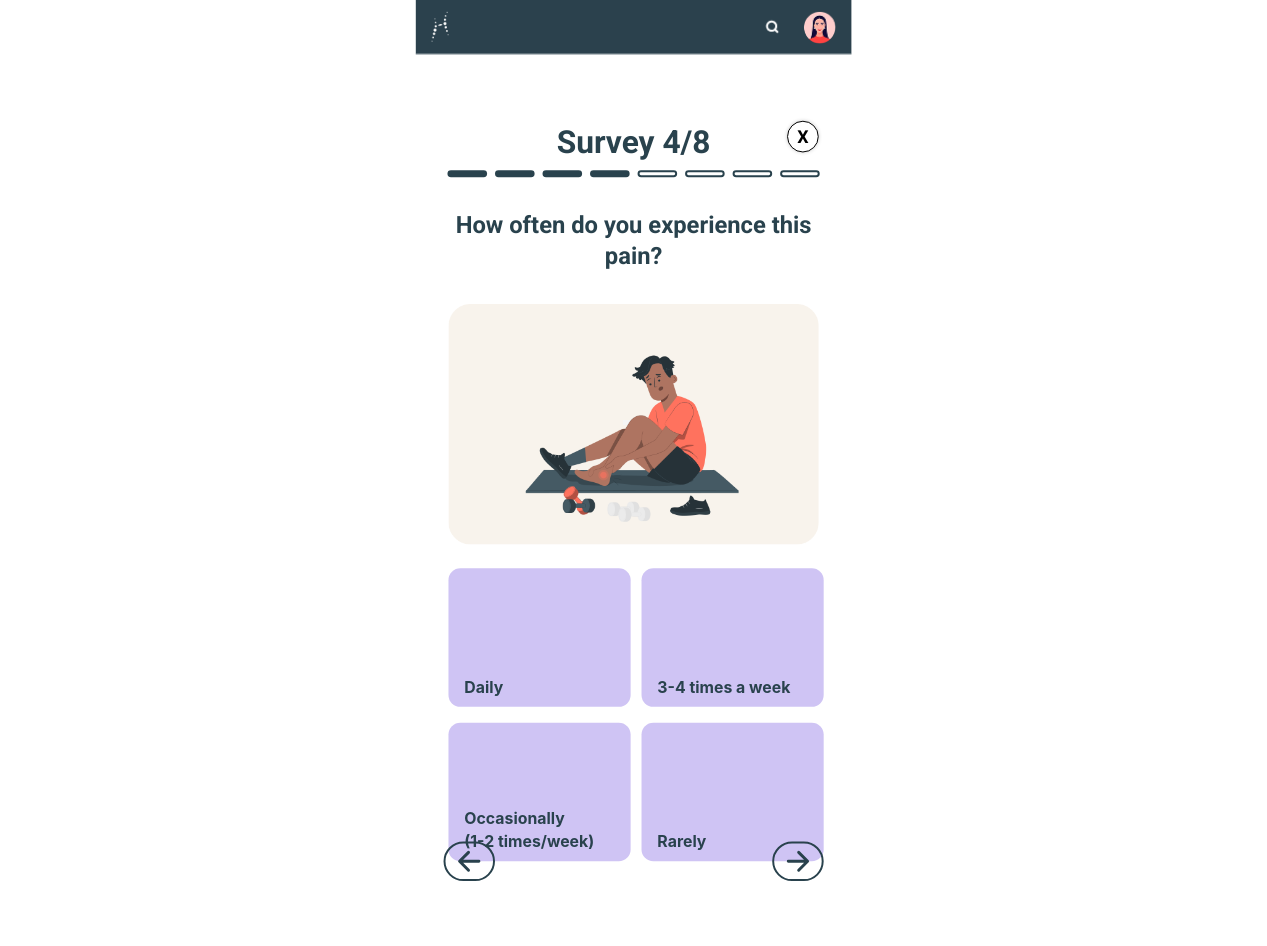
Repository: patcha-d3/heal_u
Page: /onboarding/step-two
These files come from the project's save history. The page is drawn as it stood at one moment and after the next save; the edit follows.
The browser window is 1280 px wide. The pictures show the whole page, at 99% of full size.
The project was rebuilt for these pictures with package versions that can differ from the ones it lists, and the page was loaded fresh each time. The framework's server and built-in components were replaced by stand-ins that run in the browser. Also part of the build but not shown: next.config.js, next.config.mjs, ui/Bottomnav/Bottomnav.module.css, ui/Bottomnav/Bottomnav.js, ui/SurveyProgress/Surveyprogress.css.

Above is the page before, as saved 2025-05-16 21:10:41.

### app/layout.js
"use client";

import { Geist, Geist_Mono } from "next/font/google";
import { Roboto } from "next/font/google";
import "./globals.css";
import { usePathname } from "next/navigation";
import { jsx as _jsxDEV } from "react/jsx-dev-runtime";
import { Fragment as _Fragment } from "react/jsx-runtime";
import { jsxs as _jsxsDEV } from "react/jsx-dev-runtime";
import TopNav from "@ui/Topnav/Topnav";
import Bottomnav from "@ui/Bottomnav/Bottomnav";
import { ThemeProvider, useTheme } from "@context/ThemeContext";

const geistSans = Geist({
	variable: "--font-geist-sans",
	subsets: ["latin"],
});

const geistMono = Geist_Mono({
	variable: "--font-geist-mono",
	subsets: ["latin"],
});

const roboto = Roboto({
	weight: ["300", "400", "500", "700"],
	subsets: ["latin"],
	display: "swap",
});

function ThemedContainer({ children }) {
	const { theme } = useTheme();
	const pathname = usePathname();
	const isHome = pathname === "/home";
	const isStepOne = pathname === "/onboarding/step-one";
	const isReDiagnoseFirst = pathname === "/re-diagnose";
	const bgColor =
		isHome || isStepOne || isReDiagnoseFirst
			? "#29424D"
			: theme === "dark"
			? "#29424D"
			: "#FFFFFF";
	return (
		<div className='min-h-screen w-full flex items-center justify-center'>
			<div
				className={`w-[440px] h-[956px] relative flex flex-col`}
				style={{ background: bgColor }}
			>
				{children}
			</div>
		</div>
	);
}

export default function RootLayout({ children }) {
	const pathname = usePathname();
	const isHome = pathname === "/home";
	const hideNav = pathname.startsWith("/plandetail");
	const showBottomNav =
		!pathname?.includes("/onboarding") &&
		!pathname?.startsWith("/recovery-plan/step-one") &&
		!pathname?.startsWith("/recovery-plan/step-two") &&
		!pathname?.startsWith("/recovery-plan/step-three") &&
		!pathname?.startsWith("/recovery-plan/step-four");
	const isStepOne = pathname?.includes("/onboarding/step-one");
	const isStepTwo = pathname?.includes("/onboarding/step-two");
	const isRecoveryStepOne = pathname?.includes("/recovery-plan/step-one");
	const isRecoveryStepTwo = pathname?.includes("/recovery-plan/step-two");
	const isStepThree = pathname?.includes("/onboarding/step-three");
	const isStepFour = pathname?.includes("/onboarding/step-four");
	const isReDiagnoseFirst = pathname === "/re-diagnose";

	return (
		<html lang='en'>
			<body
				className={`${geistSans.variable} ${geistMono.variable} ${roboto.className} antialiased`}
				suppressHydrationWarning
			>
				<ThemeProvider>
					<ThemedContainer>
						{!hideNav && (
							<TopNav
								isHome={isHome}
							/>
						)}
						<main className='flex-1 overflow-y-auto flex items-center justify-center'>
							{children}
						</main>
						{showBottomNav && (
							<div className='absolute bottom-0 left-0 right-0'>
								<Bottomnav />
							</div>
						)}
					</ThemedContainer>
				</ThemeProvider>
			</body>
		</html>
	);
}

### app/onboarding/step-two/page.js
"use client";

import React, { useState } from "react";
import ButtonSurvey from "@ui/Button-survey/Button-survey";
import Image from "next/image";
import ExitChip from "@ui/Exitchip/Exitchip";
import SurveyProgress from "@ui/SurveyProgress/SurveyProgress";
import ButtonBack from "@ui/Button-back/Button-back";
import ButtonForward from "@ui/Button-forward/Button-forward";
import { useRouter } from "next/navigation";

export default function RootPage() {
	const [selected, setSelected] = useState(null);
	const currentStep = 4;
	const totalSteps = 8;
	const router = useRouter();

	return (
		<div className='w-[406px] h-[800px] relative'>
			<ExitChip className='absolute top-[16px] right-[16px]' />
			<div className='absolute bottom-[16px] left-0 right-0 flex justify-between px-[11px]'>
				<ButtonBack
					onClick={() =>
						router.push(
							"/onboarding/step-one"
						)
					}
				/>
				<ButtonForward
					onClick={() =>
						router.push(
							"/onboarding/step-four"
						)
					}
				/>
			</div>
			<main className='h-full flex flex-col px-4 py-[18px]'>
				<SurveyProgress
					currentStep={currentStep}
					totalSteps={totalSteps}
				/>
				<h2 className='text-2xl font-semibold text-[#29424D] text-center gap-6 mt-8'>
					How often do you experience this pain?
				</h2>

				{/* Image and Button Wrapper */}
				<div className='flex flex-col items-center gap-6 mt-8'>
					<Image
						src='/assets/survey-img.png'
						alt='Survey'
						width={400}
						height={260}
						className='rounded-lg'
					/>

					<div className='grid grid-cols-2 gap-4'>
						<ButtonSurvey
							label='Daily'
							active={
								selected ===
								"Daily"
							}
							onClick={() =>
								setSelected(
									"Daily"
								)
							}
						/>
						<ButtonSurvey
							label='3-4 times a week'
							active={
								selected ===
								"3-4 times a week"
							}
							onClick={() =>
								setSelected(
									"3-4 times a week"
								)
							}
						/>
						<ButtonSurvey
							label={
								<>
									Occasionally
									<br />
									(1-2
									times/week)
								</>
							}
							active={
								selected ===
								"Occasionally (1-2 times/week)"
							}
							onClick={() =>
								setSelected(
									"Occasionally (1-2 times/week)"
								)
							}
						/>
						<ButtonSurvey
							label='Rarely'
							active={
								selected ===
								"Rarely"
							}
							onClick={() =>
								setSelected(
									"Rarely"
								)
							}
						/>
					</div>
				</div>
			</main>
		</div>
	);
}

### ui/Topnav/Topnav.js
"use client";

import React, { useState } from "react";
import styles from "./TopNav.module.css";

export default function TopNav() {
	const [showSearch, setShowSearch] = useState(false);
	const [hasNotification, setHasNotification] = useState(false);

	return (
		<header
			className={styles.topBar}
			style={{
				borderBottom:
					"1px solid rgba(255, 255, 255, 0.5)",
			}}
		>
			<a href='/' className={styles.logoContainer}>
				<img
					src='/assets/logo.png'
					alt='Logo'
					className={styles.logoImg}
				/>
			</a>

			<div className={styles.iconContainer}>
				<div className={styles.searchWrapper}>
					{showSearch && (
						<div
							className={
								styles.searchBox
							}
						>
							<input
								type='text'
								className={
									styles.searchInput
								}
								placeholder='Search...'
								autoFocus
							/>
						</div>
					)}
					<img
						src='/assets/search.png'
						alt='Search'
						className={`${styles.iconImg} ${
							showSearch
								? styles.dark
								: ""
						}`}
						onClick={() =>
							setShowSearch(
								!showSearch
							)
						}
					/>
				</div>

				<div className={styles.avatarContainer}>
					<img
						src={
							hasNotification
								? "/assets/avatar-notification.png"
								: "/assets/avatar.png"
						}
						alt='Avatar'
						className={styles.avatarImg}
					/>
				</div>
			</div>
		</header>
	);
}

### context/ThemeContext.js
"use client";
import React, { createContext, useContext, useState, useEffect } from "react";

const ThemeContext = createContext();

export function ThemeProvider({ children }) {
	const [theme, setTheme] = useState("light");

	useEffect(() => {
		const stored =
			typeof window !== "undefined" &&
			localStorage.getItem("theme");
		if (stored) setTheme(stored);
	}, []);

	useEffect(() => {
		if (typeof window !== "undefined") {
			localStorage.setItem("theme", theme);
		}
	}, [theme]);

	return (
		<ThemeContext.Provider value={{ theme, setTheme }}>
			{children}
		</ThemeContext.Provider>
	);
}

export function useTheme() {
	return useContext(ThemeContext);
}

### ui/Button-survey/Button-survey.js
import React from 'react';
import styles from './Button-survey.module.css';


const ButtonSurvey = ({ label, active, onClick }) => (
  <button
    className={`${styles.surveyButton}${active ? ' ' + styles.active : ''}`}
    onClick={onClick}
  >
    {label}
  </button>
);

export default ButtonSurvey;

### ui/Exitchip/Exitchip.js
import styles from "./Exitchip.module.css";

export default function ExitChip({ className }) {
	return (
		<button className={`${styles.button} ${className || ""}`}>
			X
		</button>
	);
}

### ui/SurveyProgress/SurveyProgress.js
"use client";

import React from "react";
import "./SurveyProgress.css";

const SurveyProgress = ({ currentStep, totalSteps }) => {
	return (
		<div className='flex flex-col items-center gap-2'>
			<div className='text-[32px] leading-[40px] font-roboto font-bold text-[#29424D]'>
				Survey {currentStep}/{totalSteps}
			</div>
			<div className='flex gap-2'>
				{Array.from({ length: totalSteps }).map(
					(_, index) => (
						<div
							key={index}
							className={`w-10 h-[7px] rounded-lg ${
								index <
								currentStep
									? "bg-[#29424D]"
									: "border-2 border-[#29424D]"
							}`}
						/>
					)
				)}
			</div>
		</div>
	);
};

export default SurveyProgress;

### ui/Button-back/Button-back.js
"use client";

import React from "react";
import { IoArrowBack } from "react-icons/io5";
import styles from "./Button-back.module.css";

export default function ButtonBack({ onClick, className = "" }) {
	return (
		<button
			className={`${styles.backButton} ${className}`}
			onClick={onClick}
			aria-label='Go back'
			type='button'
		>
			<IoArrowBack className={styles.arrowIcon} />
		</button>
	);
}

### ui/Button-forward/Button-forward.js
"use client";

import React from "react";
import { IoArrowForward } from "react-icons/io5";
import styles from "./Button-forward.module.css";

export default function ButtonForward({ onClick, className = "" }) {
	return (
		<button
			className={`${styles.forwardButton} ${className}`}
			onClick={onClick}
			aria-label='Go forward'
			type='button'
		>
			<IoArrowForward className={styles.arrowIcon} />
		</button>
	);
}

### ui/Topnav/Topnav.module.css
.topBar {
	width: 440px;
	height: 55px;
	background-color: #2b414d;
	display: flex;
	align-items: center;
	justify-content: space-between;
	padding: 0 16px;
	margin: 0 auto;
	box-sizing: border-box;
	border-bottom: 1px solid #ffffff;
}

.logoImg {
	height: 30.56px;
	cursor: pointer;
}

.iconContainer {
	display: flex;
	align-items: center;
	gap: 16px;
}

.searchWrapper {
	display: flex;
	align-items: center;
	gap: 8px;
	position: relative;
}

.searchBox {
	background-color: white;
	width: 226px;
	height: 32px;
	border-radius: 24px;
	display: flex;
	align-items: center;
	padding: 0 5px;
	gap: 8px;
	transition: all 0.3s ease;
}

.searchInput {
	flex: 1;
	border: none;
	outline: none;
	font-size: 16px;
	background-color: transparent;
}

.iconImg {
	width: 32px;
	height: 32px;
	cursor: pointer;
	filter: brightness(200);
	transition: filter 0.3s ease;
}

.iconImg.dark {
	filter: brightness(0);
}

.avatarContainer {
	width: 32px;
	height: 34px;
	border-radius: 50%;
	overflow: hidden;
}

.avatarImg {
	width: 100%;
	height: 100%;
	object-fit: cover;
}

### ui/Button-survey/Button-survey.module.css
.surveyButton {
    background-color: #CFC4F4;
    color: #29424D;
    font-family: 'Inter', sans-serif;
    font-weight: bold;
    font-size: 16px;
    padding: 8px 16px;
    border: none;
    border-radius: 12px;
    cursor: pointer;
    transition: background-color 0.3s, color 0.3s;
    width: 184px;
    height: 140px;
    display: flex;
    align-items: flex-end;
    justify-content: flex-start;
    text-align: left;
}

.surveyButton.active {
    background-color: #29424D;
    color: #CFC4F4;
}

### ui/Exitchip/Exitchip.module.css
.button {
    background-color: white;
    color: black;
    border: 1px solid black;
    border-radius: 50%;
    width: 32px;
    height: 32px;
    font-size: 18px;
    font-weight: bold;
    text-align: center;
    cursor: pointer;
    box-shadow: 0 0 4px rgba(0,0,0,0.2);
    transition: all 0.2s ease-in-out;
    line-height: 28px;
    padding: 0;
  }

  .button:hover {
    background-color: #f0f0f0;
    border-color: black;
  }

### ui/Button-back/Button-back.module.css
.backButton {
	background: none;
	border: 2px solid #29424d;
	border-radius: 24px;
	padding: 0;
	cursor: pointer;
	outline: none;
	display: flex;
	align-items: center;
	justify-content: center;
	width: 52px;
	height: 40px;
}

.arrowIcon {
	width: 32px;
	height: 32px;
	color: #29424d;
	transition: transform 0.2s ease;
}

.backButton:hover .arrowIcon {
	transform: translateX(-4px);
}

### ui/Button-forward/Button-forward.module.css
.forwardButton {
	background: none;
	border: 2px solid #29424d;
	border-radius: 24px;
	padding: 0;
	cursor: pointer;
	outline: none;
	display: flex;
	align-items: center;
	justify-content: center;
	width: 52px;
	height: 40px;
}

.arrowIcon {
	width: 32px;
	height: 32px;
	color: #29424d;
	transition: transform 0.2s ease;
}

.forwardButton:hover .arrowIcon {
	transform: translateX(4px);
}

Loaded but not shown: app/globals.css (common file)

After the next save:
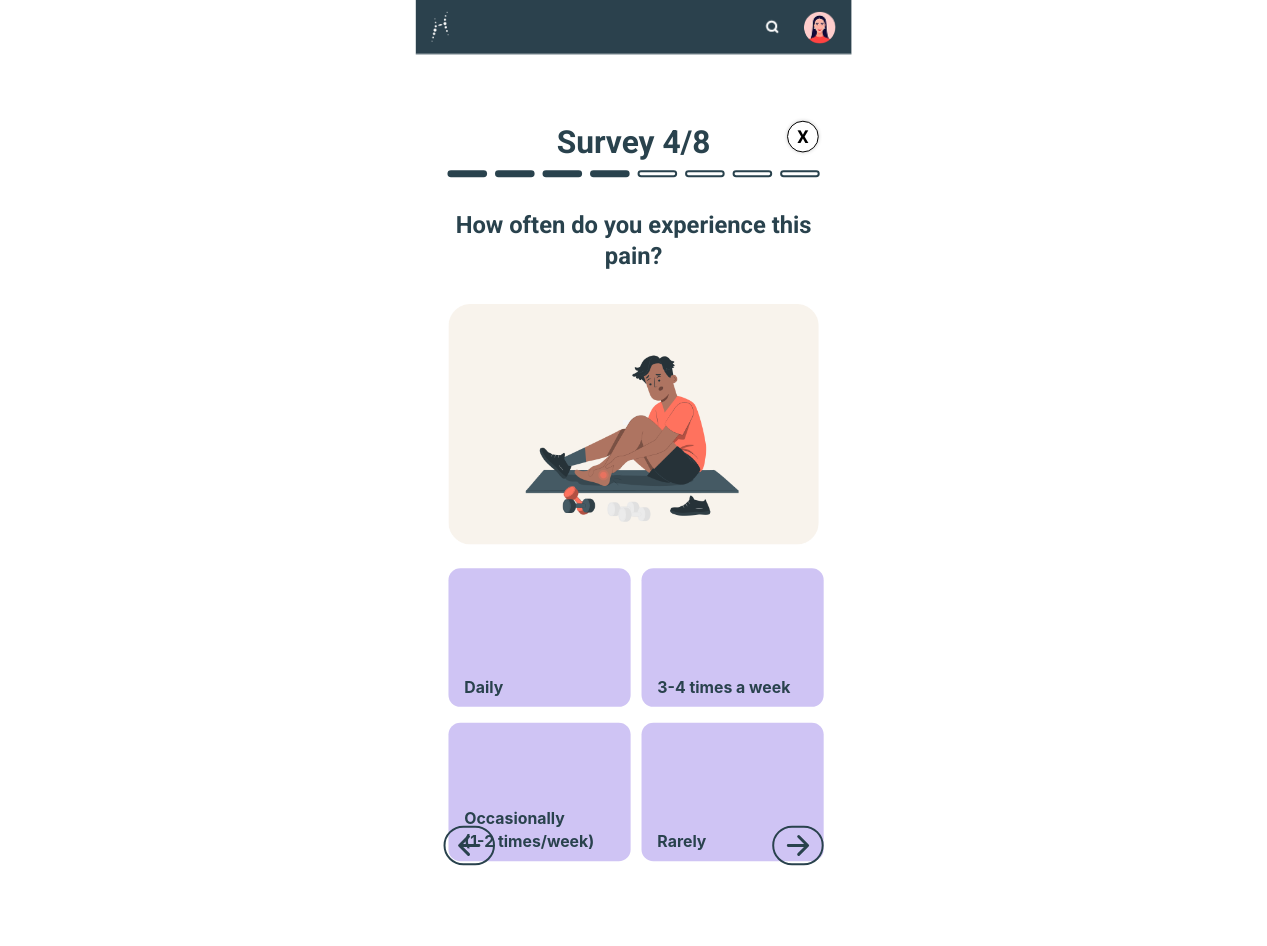
Saved 60 s later.
--- a/app/onboarding/step-two/page.js
+++ b/app/onboarding/step-two/page.js
@@ -18,7 +18,7 @@ export default function RootPage() {
 	return (
 		<div className='w-[406px] h-[800px] relative'>
 			<ExitChip className='absolute top-[16px] right-[16px]' />
-			<div className='absolute bottom-[16px] left-0 right-0 flex justify-between px-[11px]'>
+			<div className='absolute bottom-[32px] left-0 right-0 flex justify-between px-[11px]'>
 				<ButtonBack
 					onClick={() =>
 						router.push(
